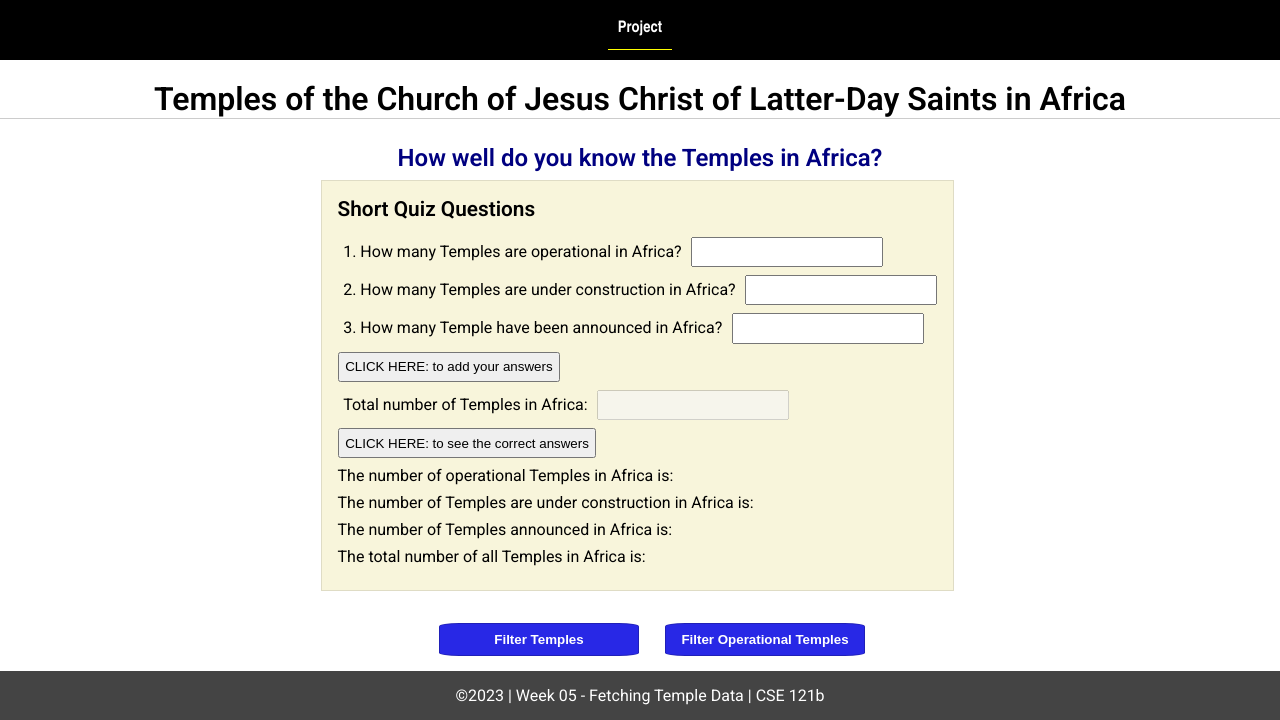
Repository: mszakutumela/cse121b
Page: Project/project.html
An editor plug-in stored every save of this project. The page is shown before and after the next save, followed by the edit.
The browser window is 1280 px wide. The pictures show the whole page.
The page's requests for data from a server got no answer.

Above is the page before, as saved 2023-10-27 11:52:04.

### Project/project.html
<!DOCTYPE html>
<html lang="en">

<head>
  <meta charset="UTF-8">
  <meta name="viewport" content="width=device-width, initial-scale=1.0">
  <title>CSE 121b | Project: Programming Tasks</title>
  <link rel="preconnect" href="https://fonts.googleapis.com">
  <link rel="preconnect" href="https://fonts.gstatic.com" crossorigin>
  <link href="https://fonts.googleapis.com/css2?family=Roboto:wght@400;600&display=swap"
    rel="stylesheet">
  <link rel="stylesheet" href="styles/main.css">
</head>

<body>
  <nav>
    <ul id="menu">
      <li><a id="toggleMenu">&equiv;</a></li>
      <!-- <li><a href="index.html">Home</a></li>
      <li><a href="w01-task.html">W1 Task</a></li>
      <li><a href="w03-task.html">W3 Task</a></li>
      <li><a href="w04-task.html">W4 Task</a></li>
      <li><a href="w05-task.html">W5 Task</a></li> -->
      <li><a href="project.html" class="active">Project</a></li>
    </ul>
  </nav>
  <main id="gridly">
    <h1>Temples of the Church of Jesus Christ of Latter-Day Saints in Africa</h1>
    <h2>How well do you know the Temples in Africa?</h2>

    <main id="quiz">
      <section id="section1">
          <article>
            <h3>Short Quiz Questions</h3>
              <div>
                <label for="add1">1. How many Temples are operational in Africa?</label>
                <input type="text" id="add1" name="add1">
              </div>
              <div>
                  <label for="add2">2. How many Temples are under construction in Africa?</label>
                  <input type="text" id="add2" name="add2">
              </div>
              <div>
                <label for="add3">3. How many Temple have been announced in Africa?</label>
                <input type="text" id="add3" name="add3">
              </div>
              <div>
                  <input type="button" id="addTemples" value="CLICK HERE: to add your answers">
              </div>
              <div>
                  <label for="sum">Total number of Temples in Africa:</label>
                  <input type="text" id="sum" name="sum" disabled>
              </div>

              <div>
                <input type="button" id="addTemples" value="CLICK HERE: to see the correct answers">
              </div>

              <div class="answerOne">The number of operational Temples in Africa is: <span id="ans1"></span></div>

              <div class="answerTwo">The number of Temples are under construction in Africa is: <span id="ans2"></span></div>

              <div class="answerThree">The number of Temples announced in Africa is: <span id="ans3"></span></div>

              <div class="answerFour">The total number of all Temples in Africa is: <span id="ans4"></span></div>

          </article>
      </section>
    </main>

    <main id="filters">
      <select id="sortBy" title="Choose a temple filter.">
        <option value="" disabled selected>Filter Temples</option>
        <option value="operate">Operational</option>
        <option value="construct">Under Construction</option>
        <option value="named">Announced</option>
        <option value="all">All Temples in Africa</option>
      </select>

      <select id="sortBy2" title="Choose an operational temple filter.">
        <option value="" disabled selected>Filter Operational Temples</option>
        <option value="aba">Aba Nigeria</option>
        <option value="accra">Accra Ghanal</option>
        <option value="durban">Durban South Africa</option>
        <option value="johannesburg">Johannesburg South Africa</option>
        <option value="kinshasa">Kinshasa DR-Congo</option>
        <option value="all">All Operational Temples</option>
      </select>
    </main>

    <div id="temples">
    </div>
  </main>


  <footer>
    &copy;<span id="year"></span> | Week 05 - Fetching Temple Data | CSE 121b
  </footer>
  <script src="scripts/main.js"></script>
  <script>
    document.getElementById("year").innerHTML = new Date().getFullYear();
  </script>
  <script src="scripts/project.js"></script>
</body>

</html>

### Project/styles/main.css
/* Universal Selector */
* {
    margin: 0;
    padding: 0;
    box-sizing: border-box;
}

/* HTML Selectors */
body {
    font-family: 'Roboto', Helvetica, sans-serif;
}

nav {
    background-color: black;
    width: 100%;
    position: fixed;
    top: 0;
}

nav ul {
    display: flex;
    flex-direction: column;
    align-items: center;
    max-width: -moz-fit-content;
    max-width: fit-content;
    margin: 0 auto;
}

nav ul li {
    flex: 1 1 auto;
}

nav ul li:first-child {
    display: block;
    font-size: 2rem;
}

nav ul li:first-child a {
    padding: 1px 10px;
}

nav ul li {
    display: none;
    list-style: none;
    margin: 10px;
}

nav ul li a {
    display: block;
    padding: 10px;
    text-decoration: none;
    font-weight: 600;
    color: white;
    text-align: center;
    font-family: 'Arial Narrow', Arial, sans-serif;
}

nav ul li a:hover {
    background-color: #efefef;
    color: black;
}

h1,
h2 {
    text-align: center;
    margin: 1rem 0 .5rem;
}

h1 {
    border-bottom: 1px solid #ccc;
}

#gridly h1 {
    margin-top: 80px;
}

h2 {
    font-size: 1.5rem;
    color: navy;
    text-align: center;
    margin-top: 25px;
}

h3 {
    font-size: 1.3rem;
    margin-bottom: 1rem;
}

header {
    margin-top: 70px;
}

picture {
    margin: 0 auto;
}

picture img {
    width: 240px;
    height: auto;
    border-radius: 5%;
    border: 1px solid #ccc;
    box-shadow: 0 0 30px #777;
}

section {
    display: flex;
    flex-direction: column;
    align-items: center;
    margin: 0 auto 1rem;
    border: 1px solid rgba(0, 0, 0, .1);
    padding: 1rem;
    background-color: #eee;
}

article {
    margin-bottom: rem;
}

article div {
    margin-bottom: .5rem;
    text-align: left;
}

label {
    padding: .35rem;
}

input {
    padding: .35rem;
}

input[type="button1"] {
    padding: .5rem;
    background-color: #5c5b5b;
    color: white;
    border: none;
    border-radius: 5px;
    cursor: pointer;
    width: 100%
}


input[type="checkbox"] {
    width: 25px;
    height: 25px;
}

dt {
    font-weight: 700;
}

dt::before {
    content: "🏘️ ";
}

dd {
    margin: 0 0 .5rem 2rem;
    font-size: smaller;
}

footer {
    background-color: #444;
    color: white;
    padding: 15px;
    text-align: center;
    width: 100%;
    position: fixed;
    bottom: 0;
}

/* Class Selectors */
.active {
    border-bottom: 1px solid yellow;
}

.open li {
    display: block;
}

.block {
    display: block;
}

.larger {
    font-size: larger;
    color: red;
}

.right {
    width: 100%;
    text-align: right;
}

.middle {
    display: flex;
    align-items: center;
    justify-content: right;
    gap: 1rem;
}

/* ID Selectors */

#home {
    margin-top: 125px;
    display: grid;
    grid-template-columns: 1fr;
    grid-gap: 20px;
    align-items: center;
    justify-content: center;
}


#section1 {
    background-color: rgba(241, 236, 183, 0.5);
}

#section2 {
    background-color: rgba(200, 200, 250, 0.5);

}

#section2 div {
    margin-bottom: 1rem;
}

#section3 {
    background-color: rgb(250, 225, 250, .5);
}

#sortBy {
    appearance: none;
    /* display: flex; */
    padding: .5rem;
    background-color: rgb(40, 40, 230);
    color: white;
    font-weight: 700;
    margin: 1rem auto;
    width: 200px;
    border: 1px solid rgba(0, 0, 0, .2);
    text-align: center;
    border-radius: 10%;
}

#sortBy option:disabled {
    font-style: italic;
    padding: 1rem;
    background-color: #111;
    color: #eee;
}

#sortBy2 {
    appearance: none;
    /* display: flex; */
    padding: .5rem;
    background-color: rgb(40, 40, 230);
    color: white;
    font-weight: 700;
    margin: 1rem auto;
    width: 200px;
    border: 1px solid rgba(0, 0, 0, .2);
    text-align: center;
    border-radius: 10%;
}

#sortBy2 option:disabled {
    font-style: italic;
    padding: 1rem;
    background-color: #111;
    color: #eee;
}

#temples {
    display: grid;
    grid-template-columns: repeat(auto-fit, minmax(320px, 1fr));
    grid-gap: .5rem;
    align-items: center;
    margin-bottom: 3rem;
}

#temples article {
    height: 250px;
    margin: .5rem;
    border: 1px solid rgba(0, 0, 0, .1);
    padding: 1rem;
    background-color: #eee;
    display: flex;
    flex-direction: column;
    align-items: center;
    justify-content: center;
}

#temples h4 {
    color: navy;
    font-size: smaller;
}


#temples img {
    width: 250px;
    height: auto;
    box-shadow: 0 0 30px #777;
    margin: .5rem;
}

/* Media Queries */
@media only screen and (min-width: 32.5em) {
    nav ul {
        flex-direction: row;
    }

    nav ul li:first-child {
        display: none;
    }

    nav ul li {
        display: block;
    }

    section {
        min-width: 300px;
    }

    #home {
        margin: 100px auto 20px;
        grid-template-columns: 250px 1fr;
        max-width: -moz-fit-content;
        max-width: fit-content;
    }

    #quiz {
        display: grid;
        grid-template-columns: 6fr 0fr;
        grid-gap: 5px;
        margin: 0 auto;
        max-width: 950px;
    }

    #filters {
        display: grid;
        grid-template-columns: 4fr 2fr;
        grid-gap: 2px;
        margin: 0 auto;
        max-width: 450px;
    }

}

### Project/scripts/project.js
/* Project */

// Short Quiz Section

function add(Number1, Number2, Number3) {
    return Number1 + Number2 + Number3;
}

function addTemples() {
    let addNumber1 = Number(document.querySelector('#add1').value);
    let addNumber2 = Number(document.querySelector('#add2').value);
    let addNumber3 = Number(document.querySelector('#add3').value);
    document.querySelector('#sum').value = add(addNumber1, addNumber2, addNumber3);
}
document.querySelector('#addTemples').addEventListener('click', addTemples,);

/* Variables */

function answers() {
    let answerOne = "5";
    let answerTwo = "4";
    let answerThree = "12";
    let answerFour = "21";

    const ans1Element = document.getElementById('ans1');
    const ans2Element = document.getElementById('ans2');
    const ans3Element = document.getElementById('ans3');
    const ans4Element = document.getElementById('ans4');

    ans1Element.innerHTML = `<strong>${answerOne}</strong>`;
    ans2Element.innerHTML = `<strong>${answerTwo}</strong>`;
    ans3Element.innerHTML = `<strong>${answerThree}</strong>`;
    ans4Element.innerHTML = `<strong>${answerFour}</strong>`;
}



// Temples of the Church of Jesus Christ of Latter-Day Saints in Africa

// temple JSON file: https://mszakutumela.github.io/cse121b/temples_in_africa.json

/* Declare and initialize global variables */

const templesElement = document.querySelector("#temples");
let templeList = [];

/* async displayTemples Function */

const displayTemples = (temples) => {
    temples.forEach(temple => {
    let article = document.createElement("article");
    let templeName = document.createElement("h3");
    templeName.textContent = temple.templeName;

    let img = document.createElement("img");
    img.setAttribute("src",temple.imageUrl);
    img.setAttribute("alt", temple.location);

    article.appendChild(templeName);
    article.appendChild(img);

    templesElement.appendChild(article);
    });
};

/* async getTemples Function using fetch()*/

const getTemples = async () => {
    let url = "https://mszakutumela.github.io/cse121b/temples_in_africa.json";
    const response = await fetch(url);
    if (response.ok){
        templeList = await response.json();
        displayTemples(templeList);
    }
}

/* Reset Function */

let reset = () => {
    templesElement.innerHTML = "";
}

/* SortBy Function */

const sortBy = (temples) => {
    reset();
    let filter = document.querySelector("#sortBy").value;
        switch (filter) {

            case "operate":
                displayTemples(temples.filter((temple) => temple.status.includes("use")));
                break;

            case "construct":
                displayTemples(temples.filter((temple) => temple.status.includes("progress")));
                break;

            case "named":
                displayTemples(temples.filter((temple) => temple.status.includes("notbornyet")));
                break;

            case "all":
                displayTemples(temples);
                break;
        }
    }

/* Event Listener */

document.querySelector("#sortBy") .addEventListener("change", () => { sortBy(templeList) });

/* SortBy2 Function */

const sortBy2 = (temples) => {
    reset();
    let filter = document.querySelector("#sortBy2").value;
        switch (filter) {

            case "aba":
                displayTemples(temples.filter((temple) => temple.location.includes("Aba")));
                break;

            case "accra":
                displayTemples(temples.filter((temple) => temple.location.includes("Accra")));
                break;atu

            case "durban":
                displayTemples(temples.filter((temple) => temple.location.includes("Durban")));
                break;

            case "johannesburg":
                displayTemples(temples.filter((temple) => temple.location.includes("Johannesburg")));
                break;

            case "kinshasa":
                displayTemples(temples.filter((temple) => temple.location.includes("Kinshasa")));
                break;

            case "all":
                displayTemples(temples.filter((temple) => temple.status.includes("use")));
                break;
        }
    }

/* Event Listener */

document.querySelector("#sortBy2") .addEventListener("change", () => { sortBy2(templeList) });

getTemples();

Loaded but not shown: Project/scripts/main.js (common file)

After the next save:
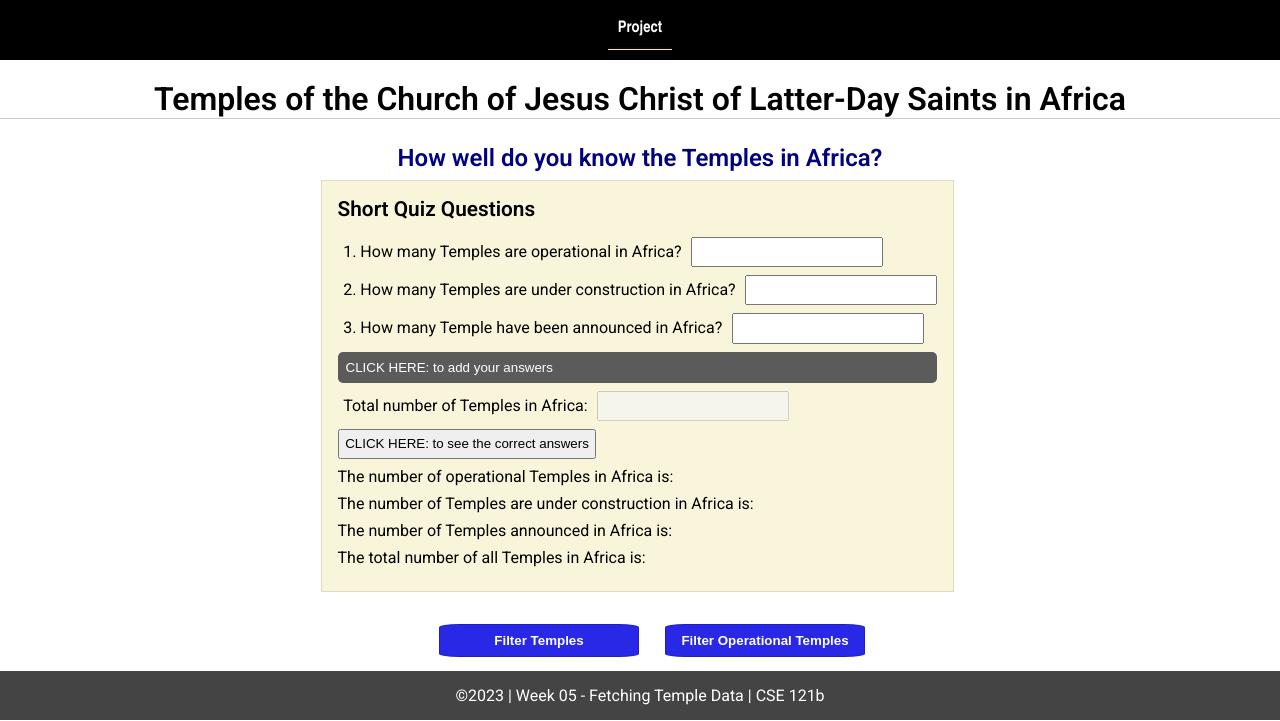
Saved 5 s later.
--- a/Project/project.html
+++ b/Project/project.html
@@ -45,7 +45,7 @@
                 <input type="text" id="add3" name="add3">
               </div>
               <div>
-                  <input type="button" id="addTemples" value="CLICK HERE: to add your answers">
+                  <input type="button1" id="addTemples" value="CLICK HERE: to add your answers">
               </div>
               <div>
                   <label for="sum">Total number of Temples in Africa:</label>
